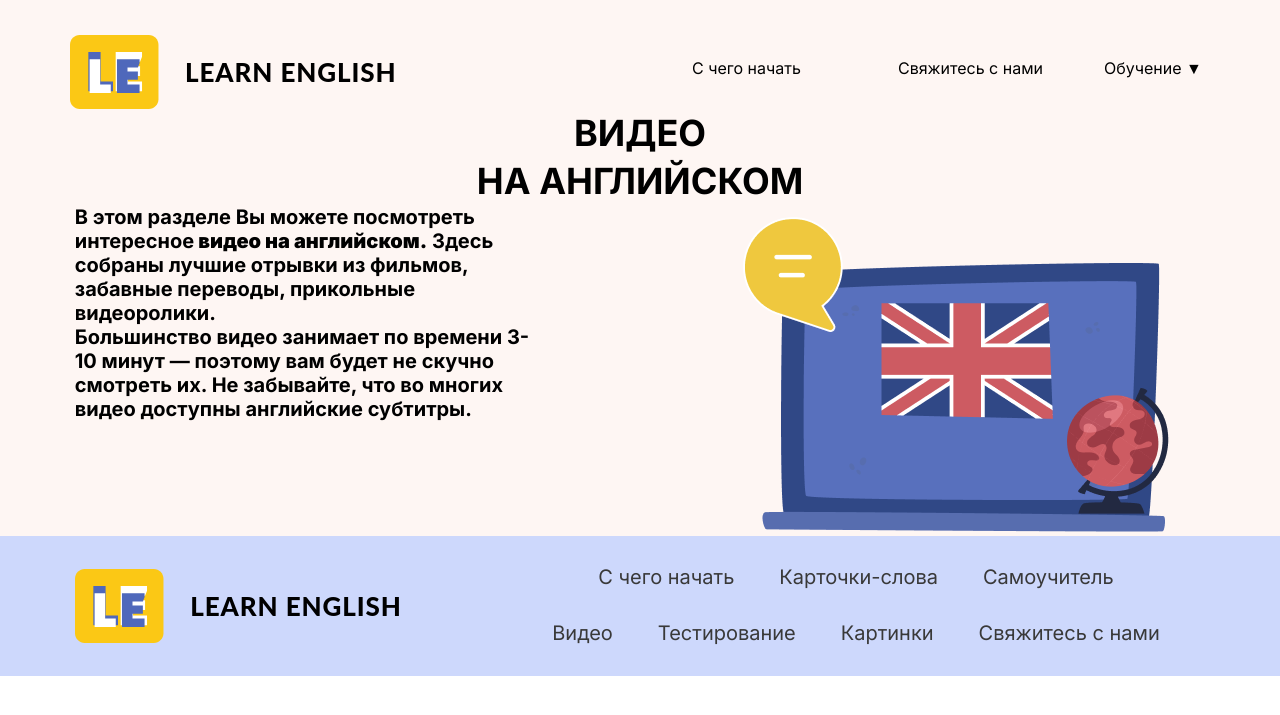
Repository: WladimirVA/Diplom
Page: scool/video.html
The author's editor kept a copy of each file at every save. The page is drawn from the files as they stood at one save, then again after the next save.
The browser window is 1280 px wide. The pictures show the whole page.

Above is the page before, as saved 2023-07-20 11:30:52.

After the next save:
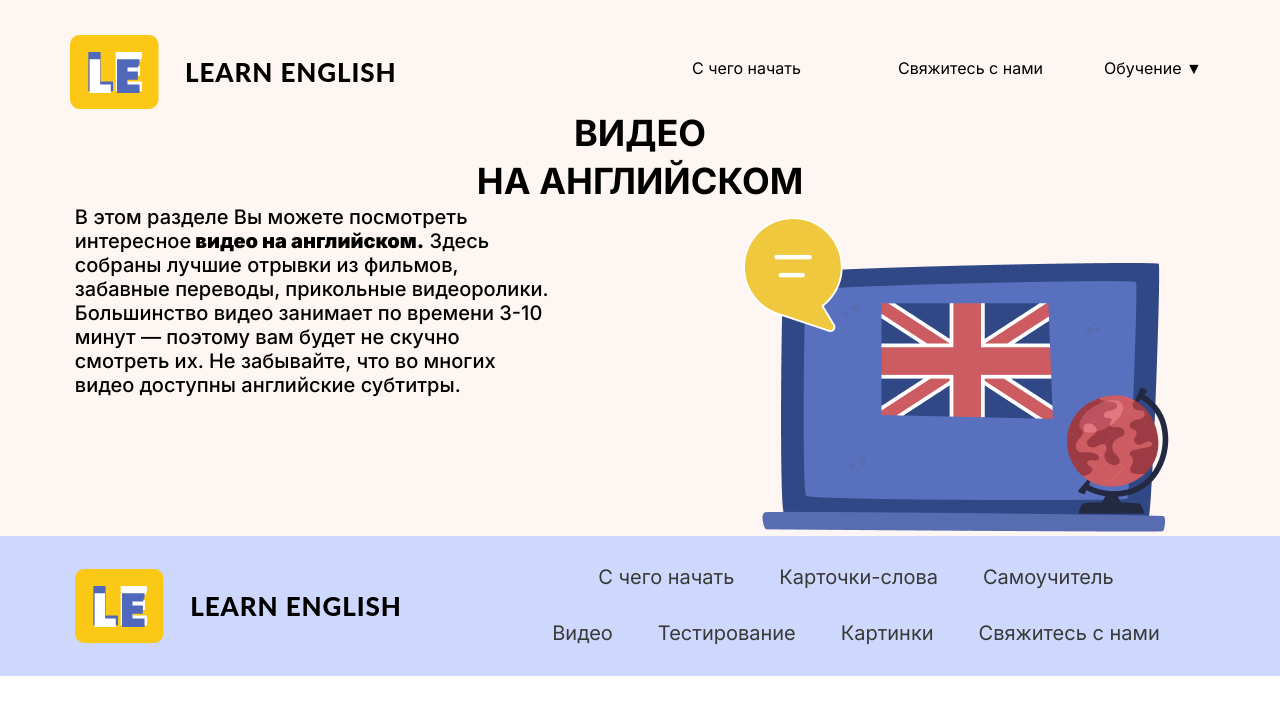
Saved 25 s later.
--- a/scool/css/video.css
+++ b/scool/css/video.css
@@ -21,17 +21,9 @@
 .tutorial-inf {
     max-width: 475px;
     font-family: Inter;
-font-size: 20px;
-font-weight: 500;
-line-height: 24px;
-letter-spacing: 0em;
-text-align: left;
-
-font-family: Inter;
-font-size: 20px;
-font-weight: 700;
-line-height: 24px;
-letter-spacing: 0em;
-text-align: left;
-
+    font-size: 20px;
+    font-weight: 500;
+    line-height: 24px;
+    letter-spacing: 0em;
+    text-align: left;
 }
